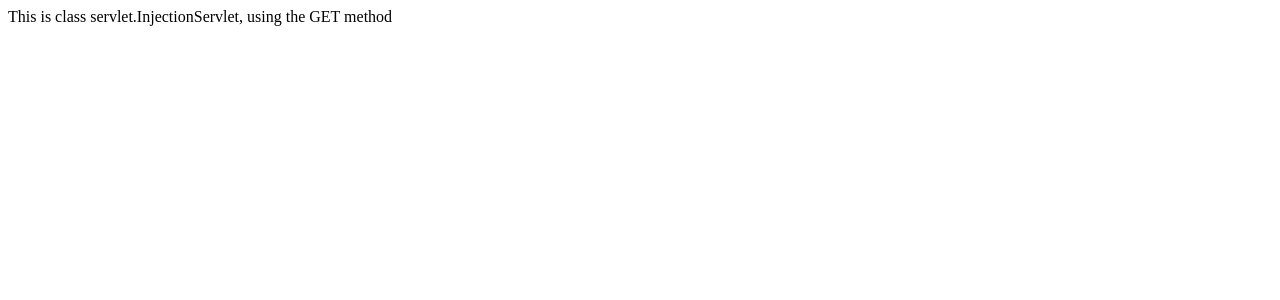
Repository: yksdy/yksdy
Page: http://localhost/servlet/servlet/InjectionServlet
An editor plug-in stored every save of this project. The page is shown before and after the next save, followed by the edit.
The browser window is 1280 px wide. The pictures show the whole page.
The page is served by Tomcat 9.

Above is the page before, as saved 2017-05-28 14:41:19.

After the next save:
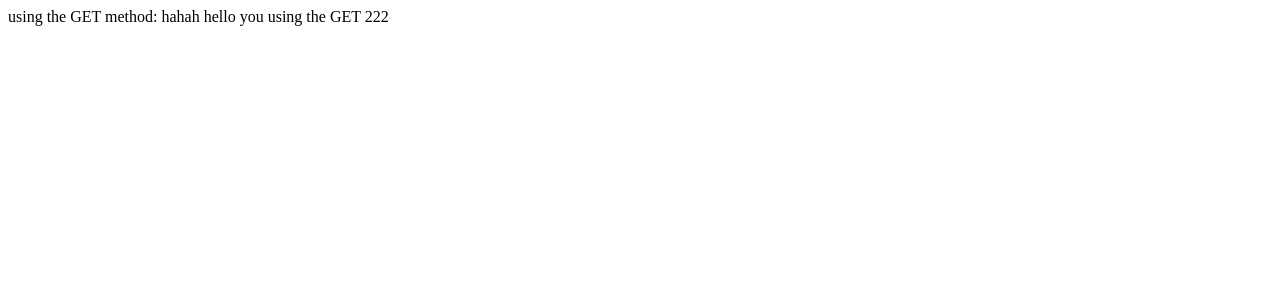
Saved 44 s later.
--- a/LongLeg/servlet/src/servlet/InjectionServlet.java
+++ b/LongLeg/servlet/src/servlet/InjectionServlet.java
@@ -34,9 +34,10 @@ public class InjectionServlet extends HttpServlet {
 		out.println("<HTML>");
 		out.println("  <HEAD><TITLE>A Servlet</TITLE></HEAD>");
 		out.println("  <BODY>");
-		out.print("    This is ");
-		out.print(this.getClass());
-		out.println(", using the GET method");
+
+		out.println("using the GET method:  "+hello);
+		out.println("using the GET "+y);
+
 		out.println("  </BODY>");
 		out.println("</HTML>");
 		out.flush();
